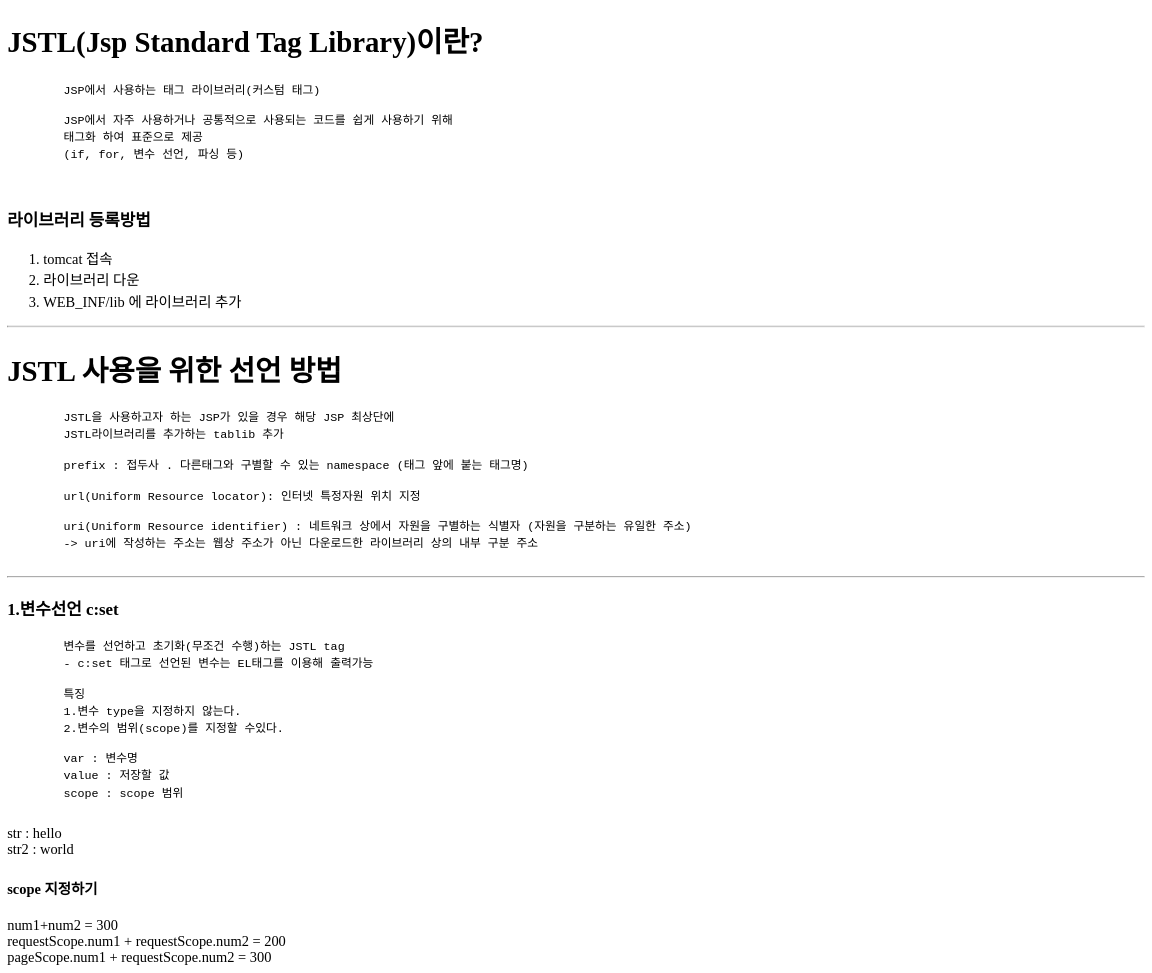
Repository: Seenee-Shin/servlet-jsp
Page: http://localhost/JSPProject/05_JSTL_1.jsp
These files come from the project's save history. The page is drawn as it stood at one moment and after the next save; the edit follows.
The browser window is 1280 px wide. The pictures show the whole page, at 90% of full size.
The page is served by Tomcat 9. Other server files are loaded and not shown.

Above is the page before, as saved 2021-11-30 01:37:00.

### JSPProject/src/main/webapp/05_JSTL_1.jsp
<%@ page language="java" contentType="text/html; charset=UTF-8" pageEncoding="UTF-8"%>
<%@ taglib prefix="c" uri="http://java.sun.com/jsp/jstl/core" %>
<!DOCTYPE html>
<html lang="ko">
<head>
	<meta charset="UTF-8">
	<meta name="viewport" content="width=device-width, initial-scale=1.0">
	<title>05.JSTL 개요</title>
</head>
<body>
	<h1>JSTL(Jsp Standard Tag Library)이란?</h1>

	<pre>
	JSP에서 사용하는 태그 라이브러리(커스텀 태그)

	JSP에서 자주 사용하거나 공통적으로 사용되는 코드를 쉽게 사용하기 위해
	태그화 하여 표준으로 제공
	(if, for, 변수 선언, 파싱 등)

	</pre>

	<h3>라이브러리 등록방법</h3>
	<ol>
		<li>tomcat 접속</li>
		<li>라이브러리 다운</li>
		<li>WEB_INF/lib 에 라이브러리 추가</li>
	</ol>

	<hr>
	<h1> JSTL 사용을 위한 선언 방법</h1>
	<pre>
	JSTL을 사용하고자 하는 JSP가 있을 경우 해당 JSP 최상단에
	JSTL라이브러리를 추가하는 tablib 추가

	prefix : 접두사 . 다른태그와 구별할 수 있는 namespace (태그 앞에 붙는 태그명)

	url(Uniform Resource locator): 인터넷 특정자원 위치 지정

	uri(Uniform Resource identifier) : 네트워크 상에서 자원을 구별하는 식별자 (자원을 구분하는 유일한 주소)
	-> uri에 작성하는 주소는 웹상 주소가 아닌 다운로드한 라이브러리 상의 내부 구분 주소
	</pre>

	<hr>
	<h3>1.변수선언 c:set </h3>
	<pre>
	변수를 선언하고 초기화(무조건 수행)하는 JSTL tag
	- c:set 태그로 선언된 변수는 EL태그를 이용해 출력가능

	특징
	1.변수 type을 지정하지 않는다.
	2.변수의 범위(scope)를 지정할 수있다.

	var : 변수명
	value : 저장할 값
	scope : scope 범위
	</pre>

	<% String str = "hello"; %>
	str : <%= str %>
	<br>
	<c:set var="str2" value="world"></c:set>
	str2 : ${str2}

	<h4>scope 지정하기</h4>
	<c:set var="num1" value="100"/> <!-- scope 기본값은 page -->
	<c:set var="num2" value="200" scope="request"/>
	num1+num2 = ${num1 + num2}<br>

	requestScope.num1 + requestScope.num2 = ${requestScope.num1 + requestScope.num2} <br>
	pageScope.num1 + requestScope.num2 = ${pageScope.num1 + requestScope.num2}

</body>
</html>

After the next save:
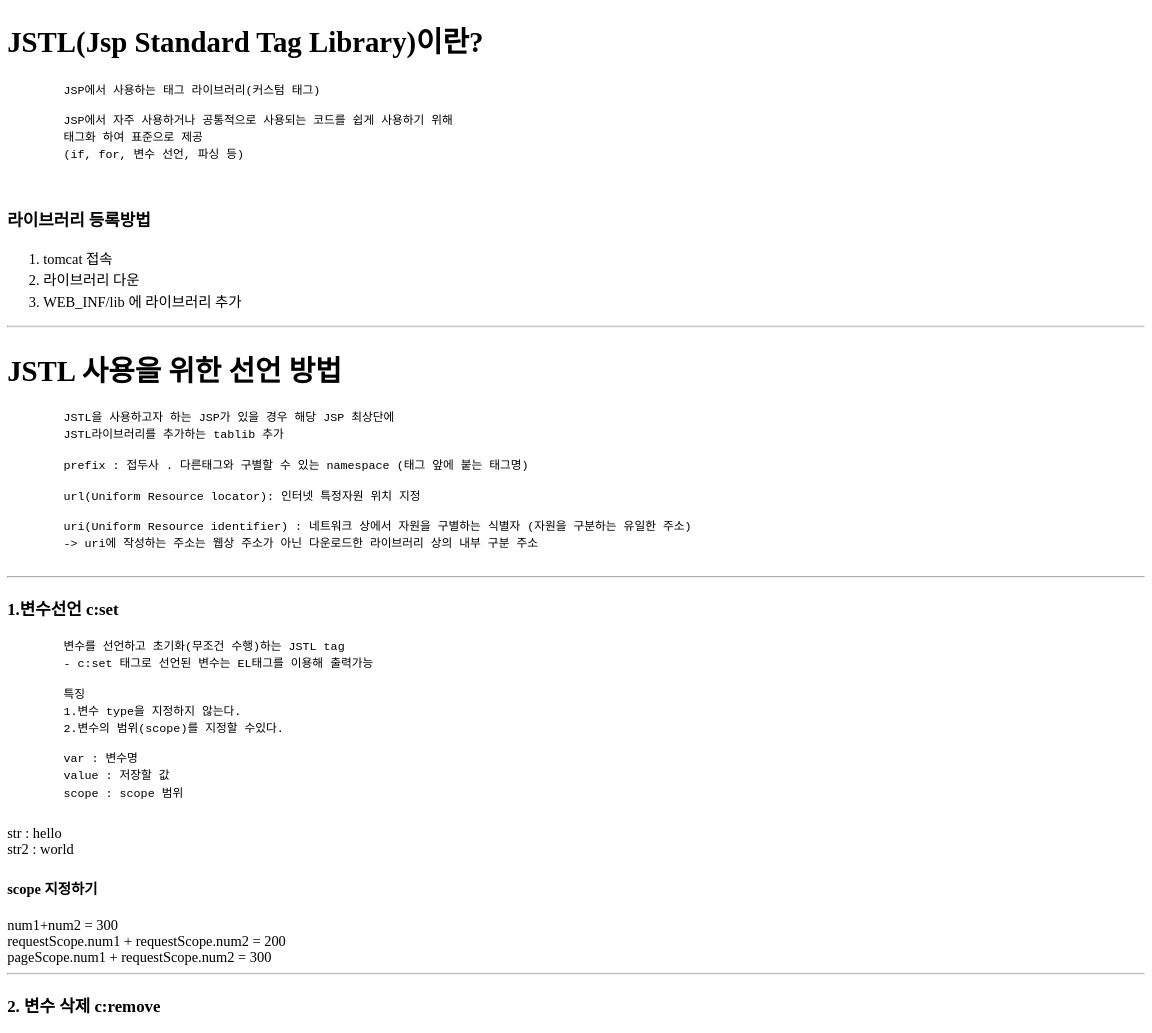
Saved 52 s later.
--- a/JSPProject/src/main/webapp/05_JSTL_1.jsp
+++ b/JSPProject/src/main/webapp/05_JSTL_1.jsp
@@ -67,7 +67,10 @@
 	num1+num2 = ${num1 + num2}<br>
 
 	requestScope.num1 + requestScope.num2 = ${requestScope.num1 + requestScope.num2} <br>
-	pageScope.num1 + requestScope.num2 = ${pageScope.num1 + requestScope.num2}
+	pageScope.num1 + requestScope.num2 = ${pageScope.num1 + requestScope.num2} <br>
+
+	<hr>
+	<h3>2. 변수 삭제 c:remove</h3>
 
 </body>
 </html>
